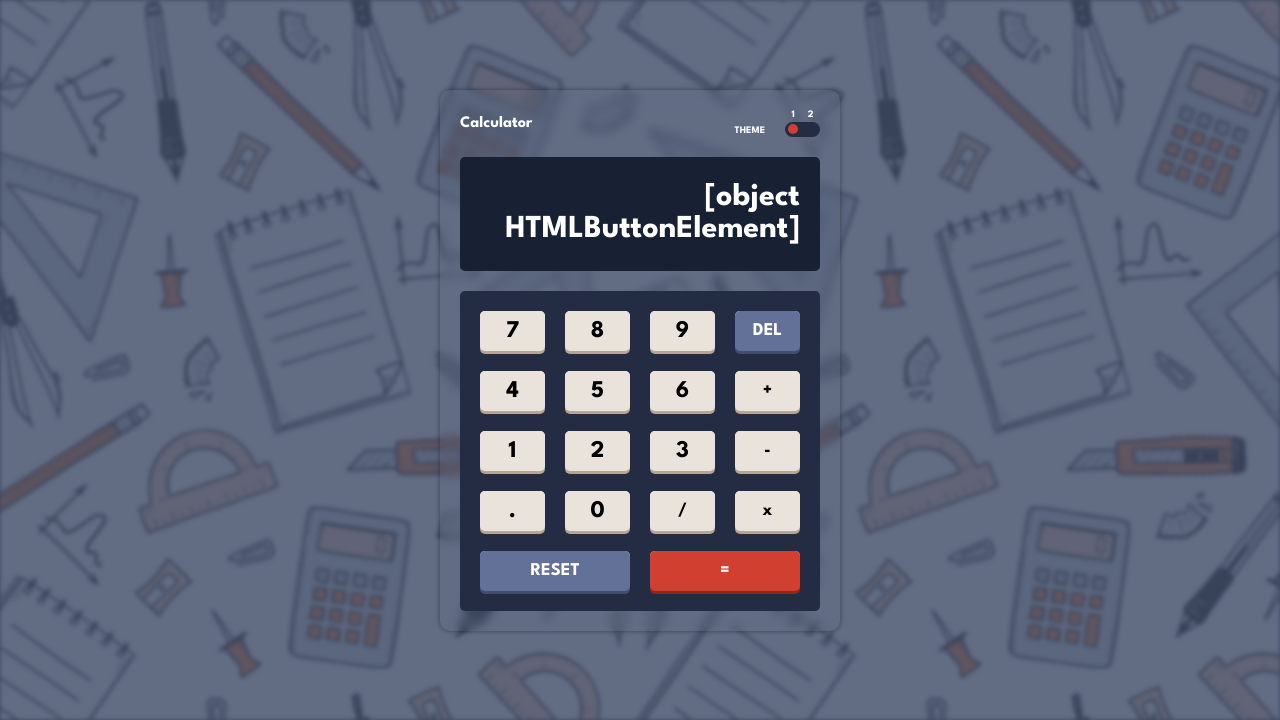
Repository: Ebtehal18/calculator
Page: index.html
An editor plug-in stored every save of this project. The page is shown before and after the next save, followed by the edit.
The browser window is 1280 px wide. The pictures show the whole page.
After loading, the first visible `button.calc__key` was clicked once.

Above is the page before, as saved 2024-02-05 17:41:56.

After the next save:
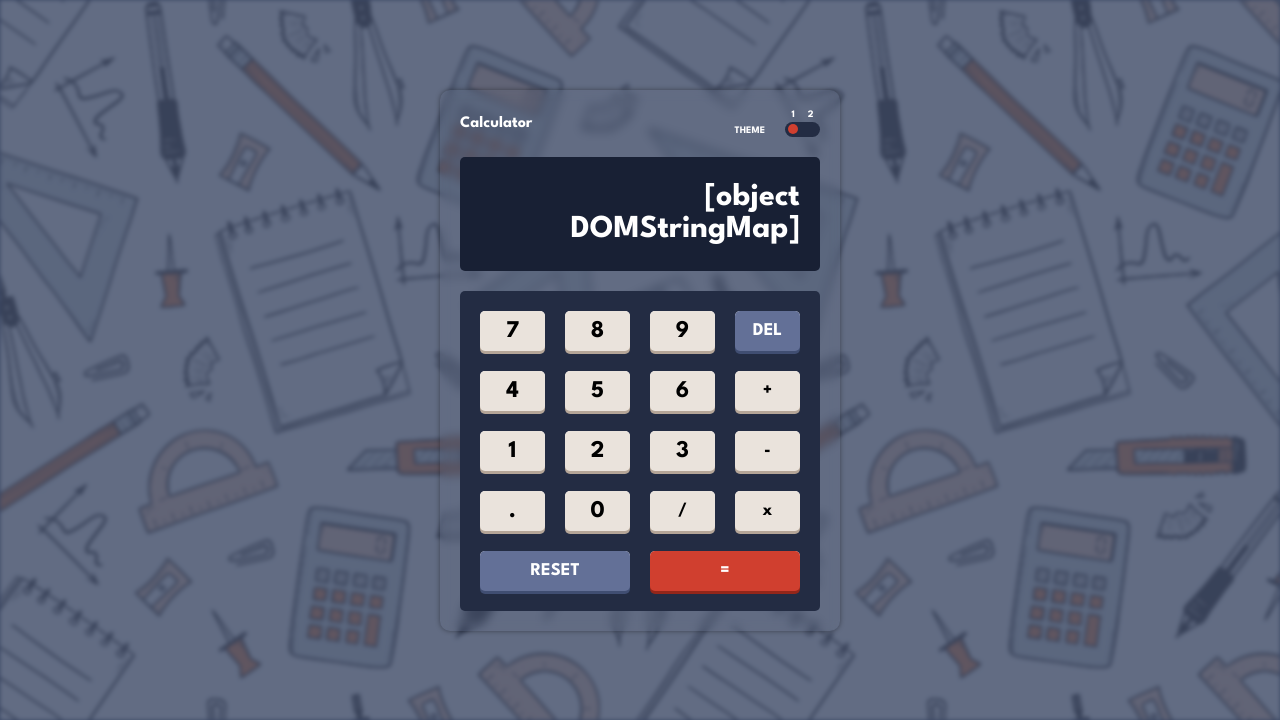
Saved 30 s later.
--- a/script.js
+++ b/script.js
@@ -16,6 +16,6 @@ const numbers = document.querySelectorAll(".calc__key");
 const result = document.querySelector(".calc__result");
 numbers.forEach((item) => {
   item.addEventListener("click", () => {
-    result.textContent = item;
+    result.textContent = item.dataset;
   });
 });
